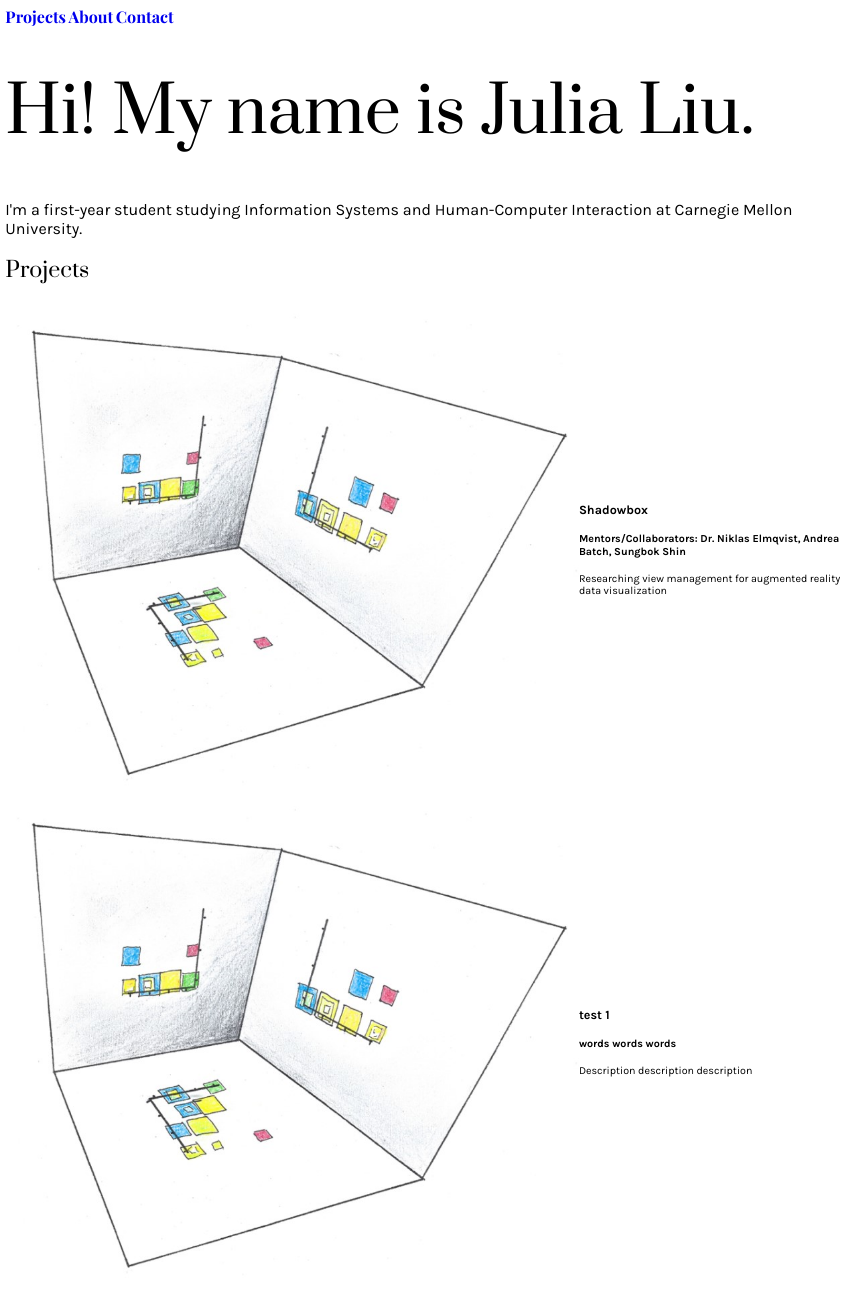
Repository: liu-julia/liu-julia.github.io
Page: index.html
The author's editor kept a copy of each file at every save. The page is drawn from the files as they stood at one save, then again after the next save.
The browser window is 1280 px wide. The pictures show the whole page, at 67% of full size.

Above is the page before, as saved 2022-04-15 21:52:38.

After the next save:
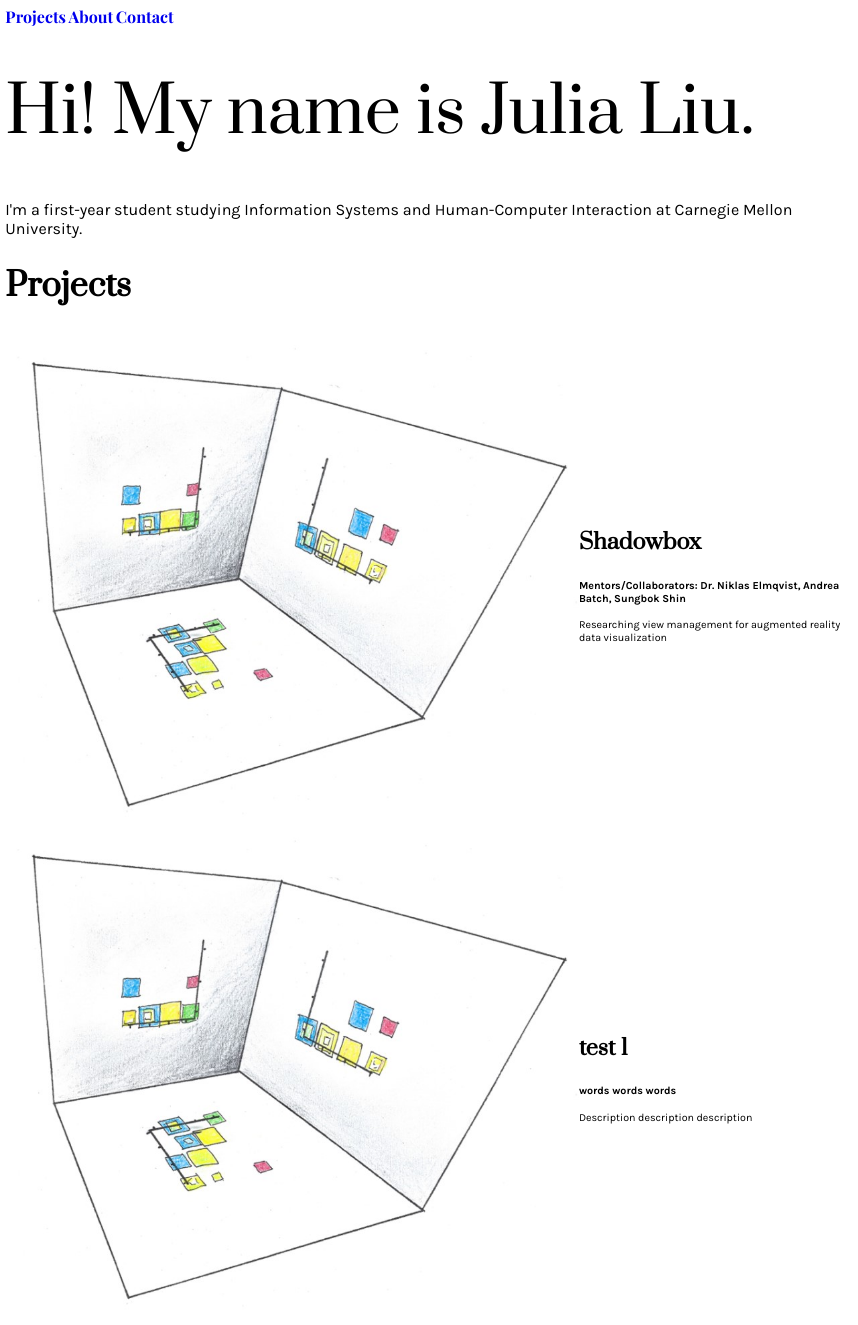
Saved 22 s later.
--- a/css/styles.css
+++ b/css/styles.css
@@ -8,12 +8,10 @@ h1 {
 }
 h2 {
     font-family: 'Prata', serif;
-    font-weight: 400;
     font-size: 3em;
 }
-h2 {
+h3 {
     font-family: 'Prata', serif;
-    font-weight: 400;
     font-size: 2em;
 }
 a {
